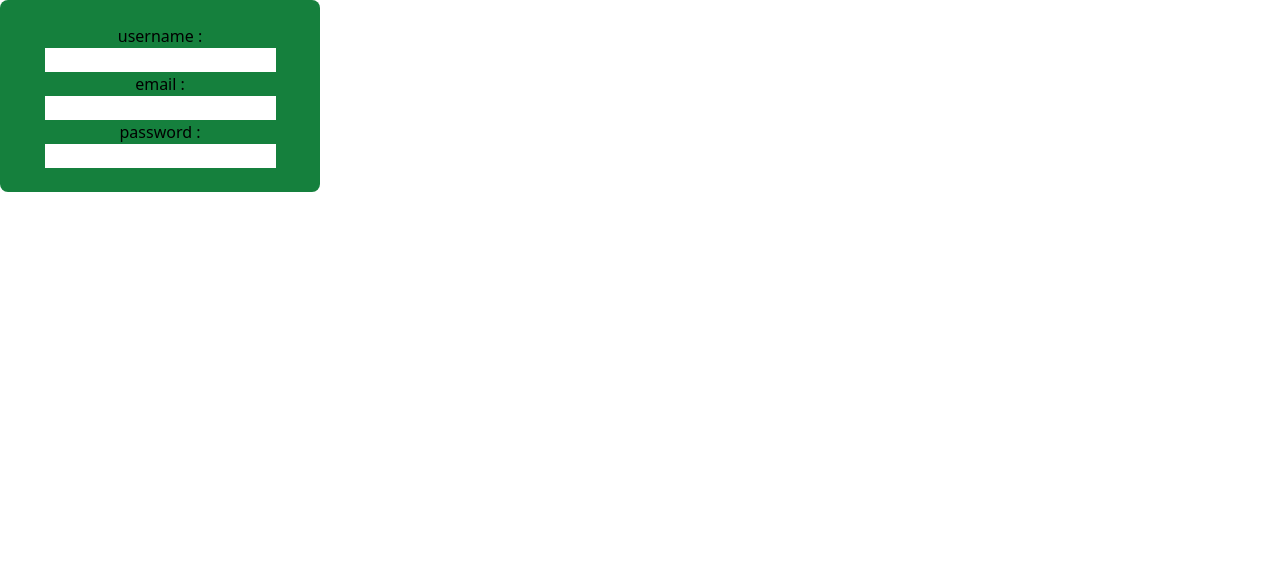
Repository: Emy-gold/alx-fe-reactjs
Page: / (app in form-handling-react/)
The author's editor kept a copy of each file at every save. The page is drawn from the files as they stood at one save, then again after the next save.
The browser window is 1280 px wide. The pictures show the whole page.
The project was rebuilt for these pictures with package versions that can differ from the ones it lists, and the page was loaded fresh each time. Also part of the build but not shown: form-handling-react/vite.config.js.

Above is the page before, as saved 2025-08-22 21:09:05.

### form-handling-react/src/App.jsx
import React from 'react';
import RegistrationForm from './components/RegistrationForm';

function App() {
  return (
    <>
      <RegistrationForm />
    </>
  )
}

export default App

### form-handling-react/src/components/RegistrationForm.jsx
import React from 'react';
import { useState } from 'react';

function RegistrationForm() {

    const [formData, setFormData] = useState({ username: '', email: '', password: '' });

    const handleChange = (e) => {
        const { name, value } = e.target;
        setFormData(prevState => ({ ...prevState, [name]: value }));
    }

    const handleSubmit = (e) => {
        e.preventDefault();
        console.log(formData);
    }

    return (
        <div className='w-full mx-auto h-screen justify-center'>
            <form onSubmit={handleSubmit} className='flex flex-col items-center bg-green-700 p-6 rounded-lg w-80'>
                <label>username :</label>
                <input
                    type="text"
                    name="username"
                    value={formData.username}
                    onChange={handleChange}
                />
                <label>email :</label>
                <input
                    type="email"
                    name="email"
                    value={formData.email}
                    onChange={handleChange}
                />
                <label>password :</label>
                <input
                    type="password"
                    name="password"
                    value={formData.password}
                    onChange={handleChange}
                />
            </form>
        </div>
    )
}

export default RegistrationForm

Loaded but not shown: form-handling-react/index.html (common file); form-handling-react/src/main.jsx (common file); form-handling-react/src/index.css (common file); form-handling-react/tailwind.config.js (common file)

After the next save:
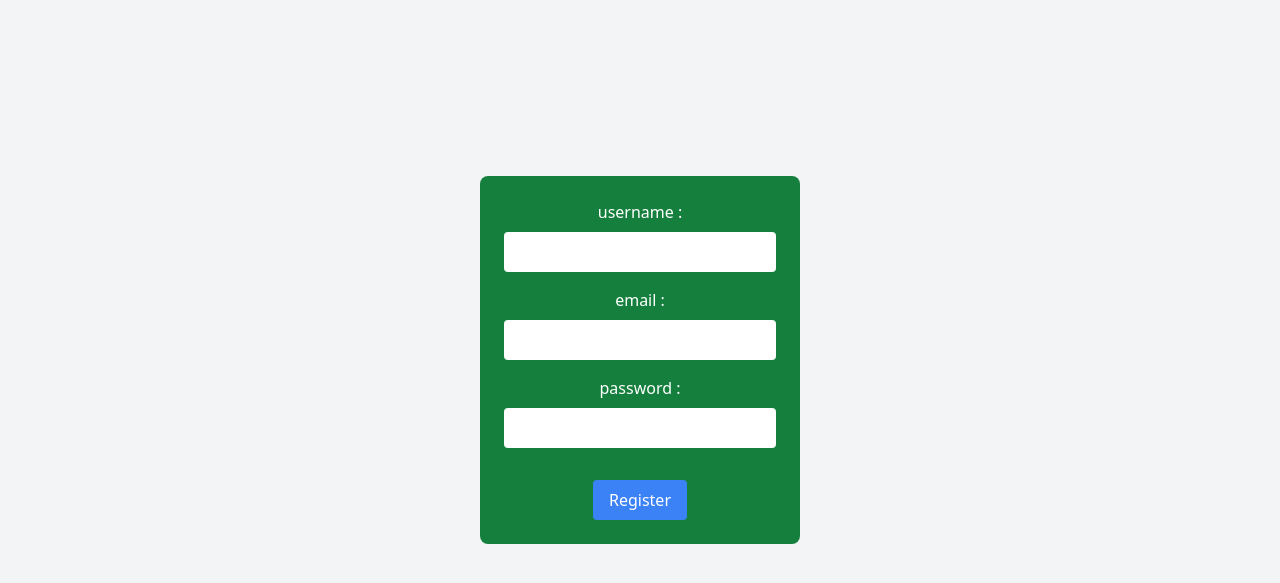
Saved 14 s later.
--- a/form-handling-react/src/components/RegistrationForm.jsx
+++ b/form-handling-react/src/components/RegistrationForm.jsx
@@ -16,32 +16,38 @@ function RegistrationForm() {
     }
 
     return (
-        <div className='w-full mx-auto h-screen justify-center'>
+        <div className='w-full mx-auto h-screen flex items-center justify-center bg-gray-100'>
             <form onSubmit={handleSubmit} className='flex flex-col items-center bg-green-700 p-6 rounded-lg w-80'>
-                <label>username :</label>
+                <label className='text-white mb-2'>username :</label>
                 <input
                     type="text"
                     name="username"
                     value={formData.username}
                     onChange={handleChange}
+                    className='mb-4 p-2 w-full rounded'
                 />
-                <label>email :</label>
+                <label className='text-white mb-2'>email :</label>
                 <input
                     type="email"
                     name="email"
                     value={formData.email}
                     onChange={handleChange}
+                    className='mb-4 p-2 w-full rounded'
                 />
-                <label>password :</label>
+                <label className='text-white mb-2'>password :</label>
                 <input
                     type="password"
                     name="password"
                     value={formData.password}
                     onChange={handleChange}
+                    className='mb-4 p-2 w-full rounded'
                 />
+                <button type="submit" className='bg-blue-500 text-white px-4 py-2 rounded mt-4'>
+                    Register
+                </button>
             </form>
         </div>
     )
 }
 
-export default RegistrationForm
+export default RegistrationForm;
